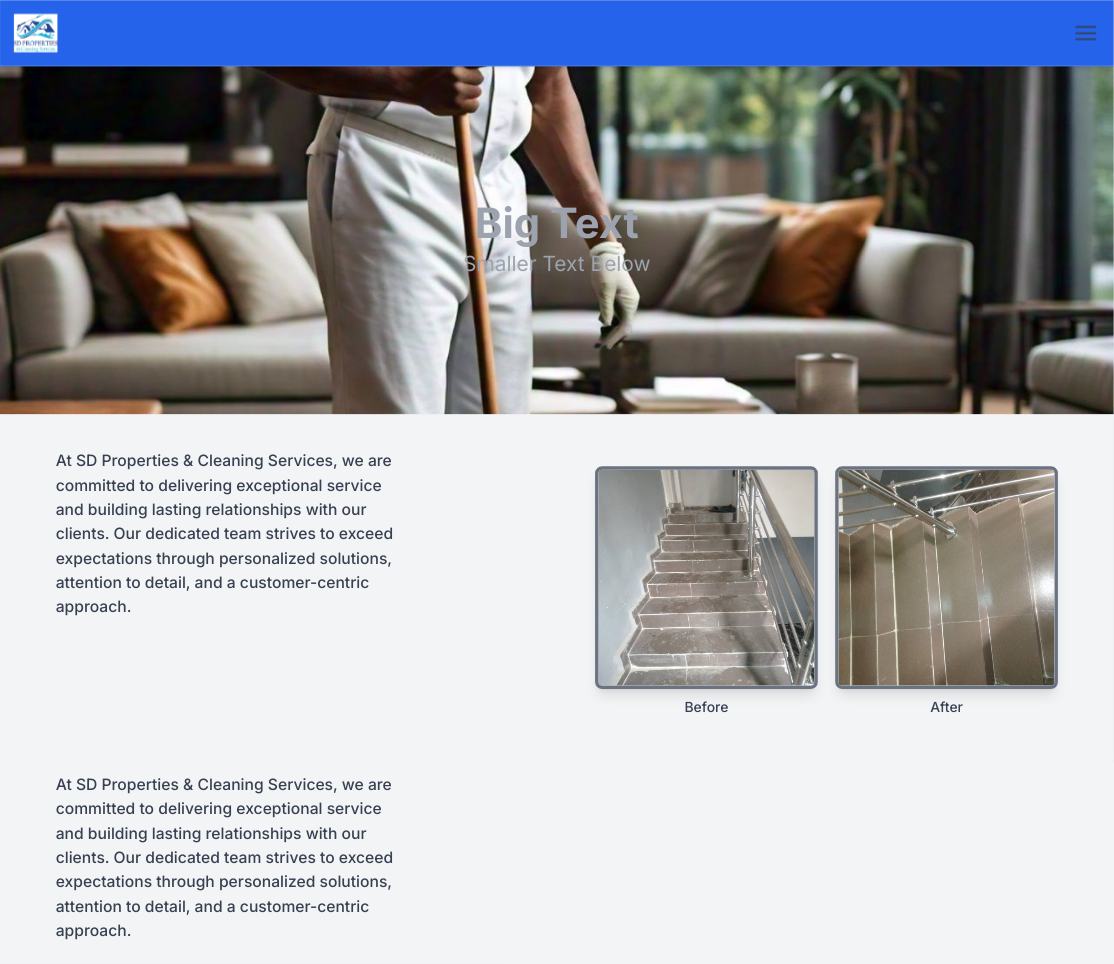
Repository: devmskhan/sdpropandclean
Page: /
These files come from the project's save history. The page is drawn as it stood at one moment and after a run of saves; the edit follows.
The browser window is 1280 px wide. The pictures show the whole page, at 87% of full size.
The project was rebuilt for these pictures with package versions that can differ from the ones it lists, and the page was loaded fresh each time. The framework's server and built-in components were replaced by stand-ins that run in the browser. Also part of the build but not shown: next.config.mjs.

Above is the page before, as saved 2024-09-03 13:20:33.

### app/layout.tsx
import type { Metadata } from "next";
import { Inter } from "next/font/google";
import "./globals.css";

const inter = Inter({ subsets: ["latin"] });

export const metadata: Metadata = {
  title: "SD Properties & Cleaning",
  description: "Provision of Houses and Cleanliness of Homes is our apex goal",
};

export default function RootLayout({
  children,
}: Readonly<{
  children: React.ReactNode;
}>) {
  return (
    <html lang="en">
      <body className={inter.className}>{children}</body>
    </html>
  );
}

### app/page.tsx
import Header from '../components/Header';
import Body from '../components/Body';

export default function Home() {
  return (
    <main className="min-h-screen bg-gray-200">
      <Header />
      <Body />
    </main>
  );
}

### components/Header.tsx
import Image from "next/image";
import { Bars3Icon } from '@heroicons/react/24/solid'


function Header() {
    return (
      <header className="sticky top-0 z-10 flex justify-between items-center p-4 bg-blue-600 shadow-md">
      <div className="flex items-center">
        <Image
          src="/sdlogo.jpg"
          alt="Logo"
          width={50}
          height={50}
          className="cursor-pointer"
        />
      </div>

      <div className="cursor-pointer">
        <Bars3Icon className="h-8 w-8 text-gray-700" />
      </div>
    </header>

    )
}

export default Header;

### components/Body.tsx



function Body() {
    return (
        <div>
            <div className="relative w-full h-[400px] bg-cover bg-center text-gray-400"
         style={{ backgroundImage: 'url("/pic1.jpg")' }}>
      <div className="absolute inset-0 flex flex-col justify-center items-center text-center">
        {/* Larger Text */}
        <h1 className="text-5xl font-bold mb-2">
          Big Text
        </h1>
        {/* Smaller Text */}
        <p className="text-2xl">
          Smaller Text Below
        </p>
      </div>
    </div>

    <div>

    </div>

      <div className="flex justify-between p-6 bg-gray-100">
  <div className="max-w-md text-left mr-12"> {/* Increased margin-right for larger space */}
    <p className="text-lg font-medium text-gray-700 mt-4 ml-10">
      At SD Properties & Cleaning Services, we are committed to delivering exceptional service and building lasting relationships with our clients. Our dedicated team strives to exceed expectations through personalized solutions, attention to detail, and a customer-centric approach.
    </p>
  </div>
  <div className="flex space-x-5 mt-4 mr-10">
  <div className="flex flex-col items-center">
    <img src="stairsb.jpg" alt="Top Image" className="mt-5 w-64 h-64 rounded-lg shadow-lg border-gray-500 border-solid border-4" />
    <span className="mt-2 text-gray-700 font-medium">Before</span>
  </div>
  <div className="flex flex-col items-center">
    <img src="stairsaft.jpg" alt="Bottom Image" className="mt-5 w-64 h-64 rounded-lg shadow-lg border-gray-500 border-solid border-4" />
    <span className="mt-2 text-gray-700 font-medium">After</span>
  </div>
</div>

</div>

<div className="flex justify-between p-6 bg-gray-100">
<div className="max-w-md text-left mr-12"> {/* Increased margin-right for larger space */}
  <p className="text-lg font-medium text-gray-700 mt-4 ml-10">
    At SD Properties & Cleaning Services, we are committed to delivering exceptional service and building lasting relationships with our clients. Our dedicated team strives to exceed expectations through personalized solutions, attention to detail, and a customer-centric approach.
  </p>
</div>

</div>


        </div>


    )
}

export default Body;

Loaded but not shown: app/globals.css (common file); tailwind.config.ts (common file)

After the next 3 saves:
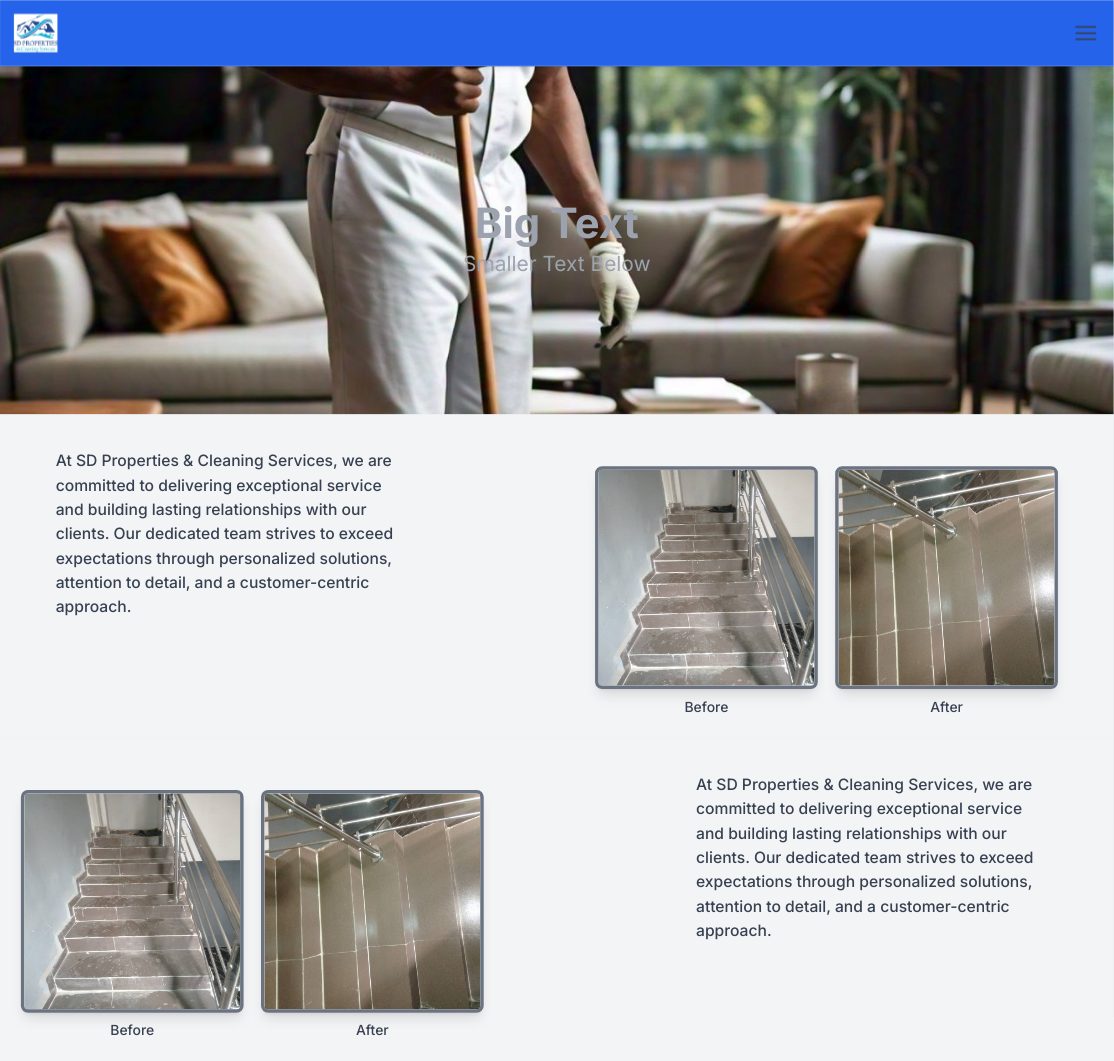
The 3 saves are shown as one change because they came seconds apart.
The last was saved 11 s later.
--- a/components/Body.tsx
+++ b/components/Body.tsx
@@ -42,6 +42,17 @@ function Body() {
 </div>
 
 <div className="flex justify-between p-6 bg-gray-100">
+
+<div className="flex space-x-5 mt-4 mr-10">
+<div className="flex flex-col items-center">
+  <img src="stairsb.jpg" alt="Top Image" className="mt-5 w-64 h-64 rounded-lg shadow-lg border-gray-500 border-solid border-4" />
+  <span className="mt-2 text-gray-700 font-medium">Before</span>
+</div>
+<div className="flex flex-col items-center">
+  <img src="stairsaft.jpg" alt="Bottom Image" className="mt-5 w-64 h-64 rounded-lg shadow-lg border-gray-500 border-solid border-4" />
+  <span className="mt-2 text-gray-700 font-medium">After</span>
+</div>
+</div>
 <div className="max-w-md text-left mr-12"> {/* Increased margin-right for larger space */}
   <p className="text-lg font-medium text-gray-700 mt-4 ml-10">
     At SD Properties & Cleaning Services, we are committed to delivering exceptional service and building lasting relationships with our clients. Our dedicated team strives to exceed expectations through personalized solutions, attention to detail, and a customer-centric approach.
